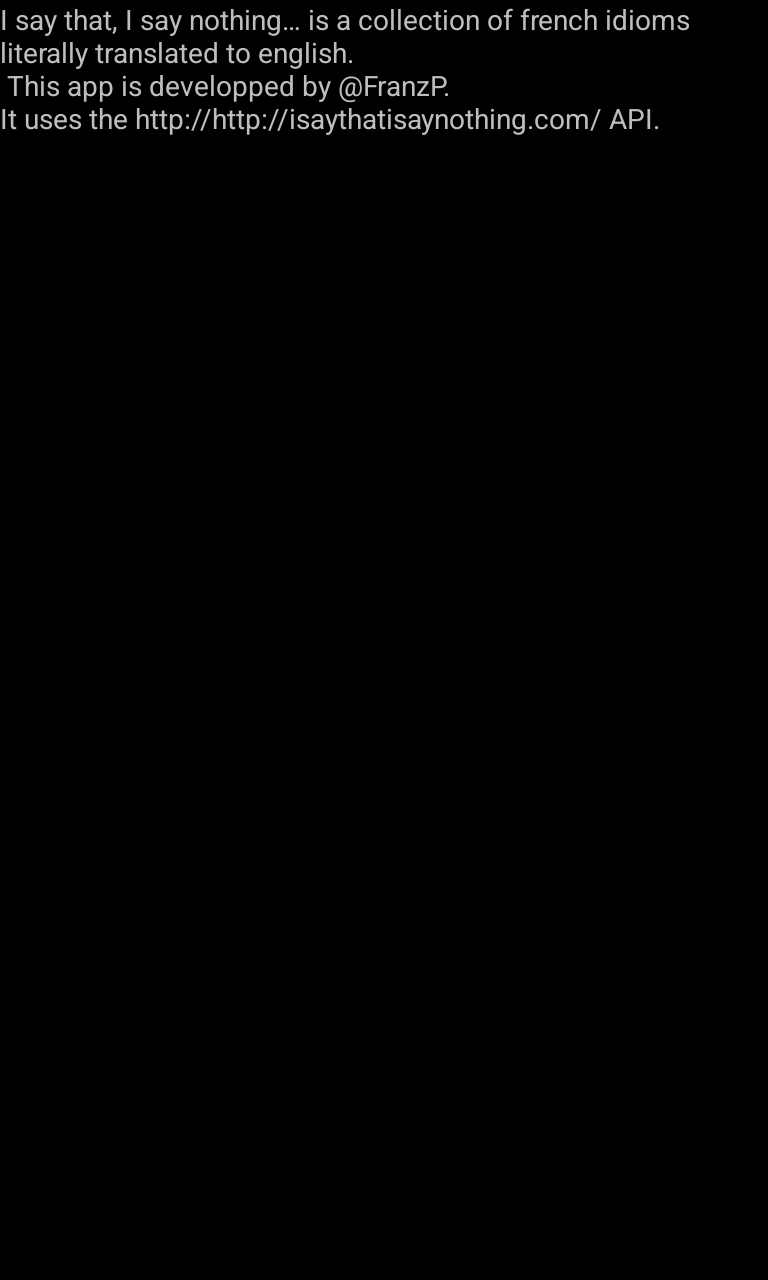
Repository: FranzPoize/ISTISN-Android
Layout: istisn/res/layout/about.xml
An editor plug-in stored every save of this project. The layout is shown before and after the next save, followed by the edit.
It is drawn on a 768 x 1280 px phone screen (xhdpi) without system bars, with theme android:Theme.NoTitleBar.Fullscreen; the app's code is not run.

Above is the layout before, as saved 2012-11-27 04:30:26.

After the next save:
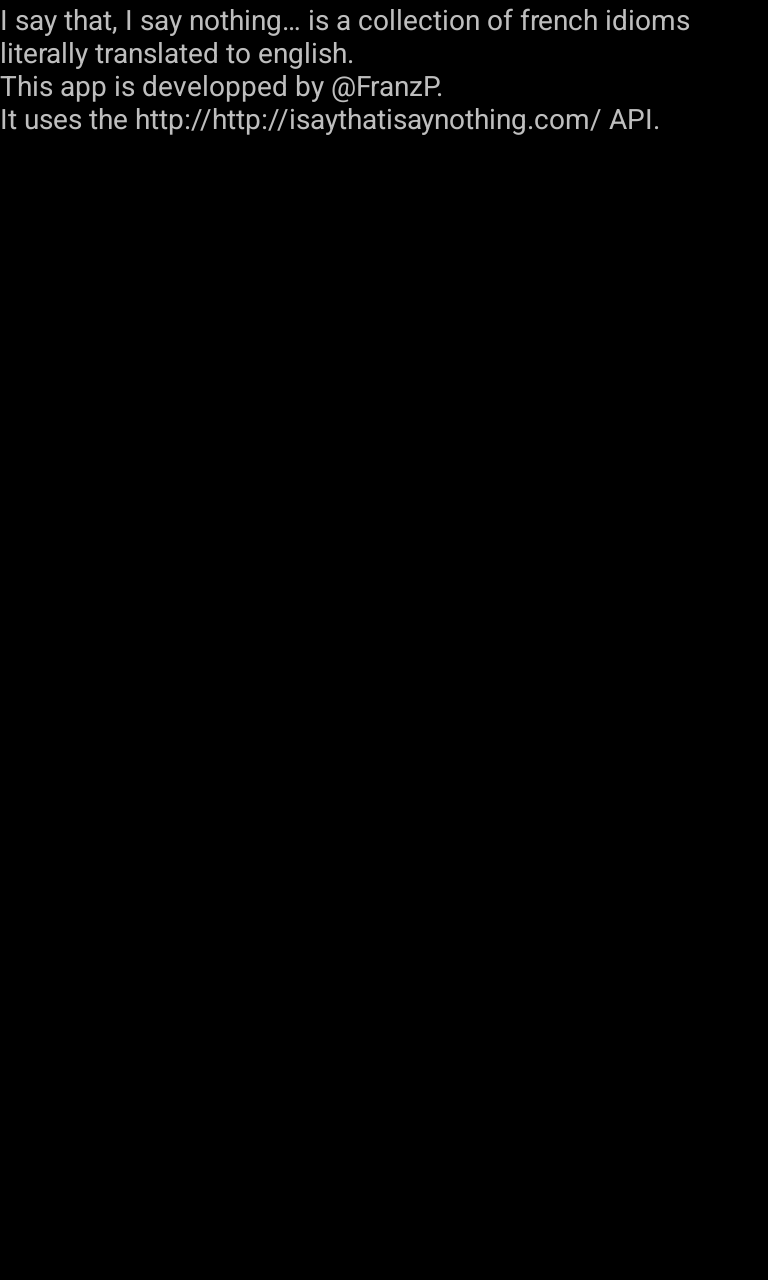
Saved 8 s later.
--- a/istisn/res/values/strings.xml
+++ b/istisn/res/values/strings.xml
@@ -4,6 +4,6 @@
     <string name="hello_world">Hello world!</string>
     <string name="menu_settings">Settings</string>
     <string name="title_activity_istisn">Istisn</string>
-    <string name="about_start">"I say that, I say nothing…" is a collection of french idioms literally translated to english.\n This app is developped by @FranzP.\nIt uses the http://http://isaythatisaynothing.com/ API.</string>
+    <string name="about_start">"I say that, I say nothing…" is a collection of french idioms literally translated to english.\nThis app is developped by @FranzP.\nIt uses the http://http://isaythatisaynothing.com/ API.</string>
 
 </resources>
